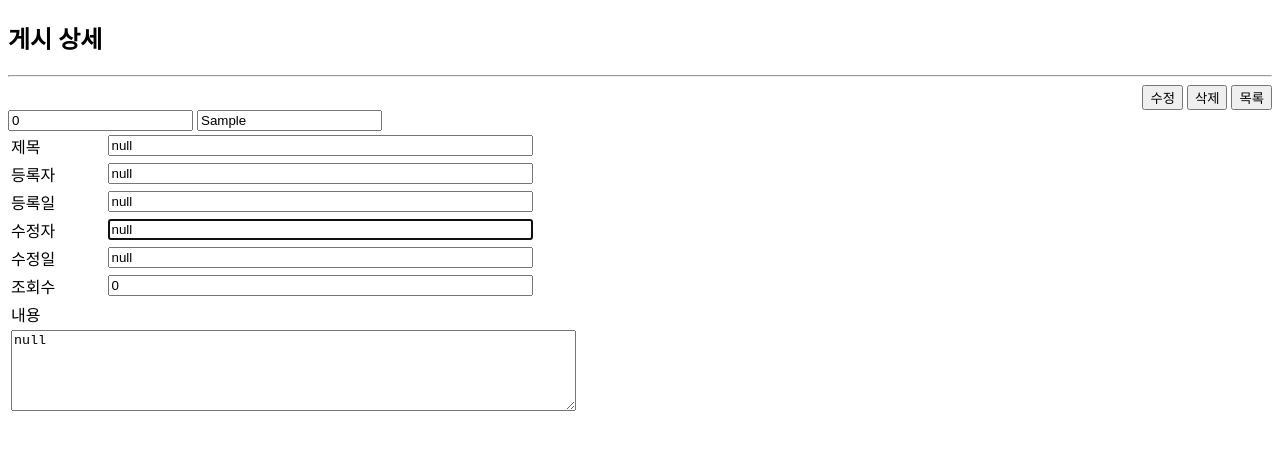
Repository: kimjoohye/study_WEB
Page: http://localhost/studyhtml5/board/board_mod.jsp
These files come from the project's save history. The page is drawn as it stood at one moment and after the next save; the edit follows.
The browser window is 1280 px wide. The pictures show the whole page.
Empty fields were first filled with sample values (such as "Sample", 5 or name@example.com).
After loading, the first visible `#doUpdate` was clicked once.
The page is served by Tomcat 9. Nobody is signed in. The application's start-up code is not run. Other server files are loaded and not shown.

Above is the page before, as saved 2022-05-19 02:19:55.

### workspace/studyhtml5/WebContent/board/board_mod.jsp
<%@page import="com.pcwk.board.BoardVO"%>
<%@ page language="java" contentType="text/html; charset=UTF-8"
    pageEncoding="UTF-8"%>
<%@ include file="/com/common.jsp" %>
<%
    BoardVO vo = (BoardVO) request.getAttribute("vo");
	if(null == vo) {
		vo = new BoardVO();
	}
%>
<!DOCTYPE html>
<html>
<head>
<meta name="viewport" content="width=device-width,initial-scale=1.0">
<meta charset="UTF-8">
<link rel="shortcut icon" type="image/x-icon" href="<%=contPath %>/favicon.ico">
<!--reset 스타일 시트 -->
<!-- link rel="stylesheet" type="text/css" href="<%=contPath %>/asset/css/reset.css" -->
<link rel="stylesheet"  type="text/css" href="<%=contPath %>/asset/css/jquery-ui.css">
<!--스타일 시트 -->
<style type="text/css">
</style>
<title>Insert title here</title>
<!-- jquery -->
<script type="text/javascript" src="<%=contPath %>/asset/js/jquery-1.12.4.js"></script>
<!-- jQuery UI -->
<script type="text/javascript" src="<%=contPath %>/asset/js/jquery-ui.js"></script>
<script type="text/javascript" src="<%=contPath %>/asset/js/common.js"></script>
</head>
<body>
	<h2>게시 상세</h2>
	<hr/>

	<div width="600" style="text-align: right;">
	 <input type="button" value="수정" id="doUpdate">
	 <input type="button" value="삭제" id="doDelete">
	 <input type="button" value="목록" id="moveToList">
	</div>
	<form action="<%=contPath %>/board/board.do" name="boardFrm" id="boardFrm">
		<input type="text" name="seq" id="seq" value="<%=vo.getSeq()%>">
		<input type="text" name="work_div" id="work_div">
	  <table width="600">
	      <tr>
	        <td width="100">제목</td>
	        <td width="500"><input type="text" name="title" id="title" maxlength="200" size="50" value="<%=vo.getTitle()%>"></td>
	        <td></td>
	      </tr>
	      <tr>
	        <td width="100">등록자</td>
	        <td width="500"><input value="<%=vo.getRegId()%>" type="text" name="reg_id" id="title" maxlength="50" size="50" readonly></td>
	      </tr>
	      <tr>
	        <td width="100">등록일</td>
	        <td width="500"><input value="<%=vo.getRegDt()%>" type="text" name="regDt" id="regDt" maxlength="50" size="50" readonly></td>
	      </tr>
	      <tr>
	        <td width="100">수정자</td>
	        <td width="500"><input value="<%=vo.getModId()%>" type="text" name="mod_id" id="mod_id" maxlength="50" size="50"></td>
	      </tr>
	      <tr>
	        <td width="100">수정일</td>
	        <td width="500"><input value="<%=vo.getModDt()%>" type="text" name="modDt" id="modDt" maxlength="50" size="50" readonly></td>
	      </tr>
	      <tr>
	        <td width="100">조회수</td>
	        <td width="500"><input value="<%=vo.getReadCnt()%>"type="text" name="readCnt" id="readCnt" maxlength="50" size="50" readonly></td>
	      </tr>
	      <tr>
	        <td colspan="2">내용</td>
	      </tr>
	      <tr>
	        <td colspan="2"><textarea rows="5" cols="68" name="contents" id="contents"><%=vo.getContents()%></textarea></td>
	      </tr>
	  </table>
	</form>

	<script type="text/javascript">
	$('#doUpdate').on('click', function(){
		console.log('#doUpdate');

		let title = $('#title').val();
		if(null === title || title.trim().length == 0) {
			// focus
			$('#title').focus();
			alert('제목을 입력하세요.');
			return;
		}
		title = title.trim();

		let modId = $('#mod_id').val();

		console.log('isEmpty(modId) : ' + isEmpty(modId));

		if(isEmpty(modId) || modId.trim().length == 0) {
			$('#mod_id').focus();
			alert('수정자 ID를 입력하세요');
			return;
		}
		modId = modId.trim();

		let contents = $('#contents').val();
		if(null === contents || contents.trim().length == 0) {
			$('#contents').focus();
			alert('내용을 입력하세요');
			return;
		}
		contents = contents.trim();

		if(false == confirm('수정하시겠습니까?')) return;

    $.ajax({
        type: "GET",
        url:"<%=contPath%>/board/board.do",
        asyn:"true",
        dataType:"html",
        data:{
          work_div:"doUpdate",
          seq : $('#seq').val(),
          title : title,
          modId : modId,
          contents : contents
        },
        success:function(data){//통신 성공
            console.log("success data:"+data);
          },
          error:function(data){//실패시 처리
            console.log("error:"+data);
          }
      });


	});

	 $('#moveToList').on('click', function(){
		 goList();
	 });

	 function goList(){
		 const listURL = "/studyhtml5/board/board.do?work_div=doRetrieve";
     window.location.href=listURL;
	 }

	 $('#doDelete').on('click', function(){
		 // console.log('#doDelete');
		 // ajax

		 let seq = $('#seq').val();
		 if(null === seq || seq.length === 0) {
			alert('seq를 확인하세요');
			return;
		 }

		 if(false == confirm("삭제하시겠습니까?")) return;

     $.ajax({
         type: "GET",
         url:"<%=contPath%>/board/board.do",
         asyn:"true",
         dataType:"html",
         data:{
           work_div:"doDelete",
           seq : seq
         },
         success:function(data){//통신 성공
             console.log("success data:"+data);
             // string -> json
             const jsonObj = JSON.parse(data);
             console.log('messageId : ' + jsonObj.messageId);
             console.log('msgContents : ' + jsonObj.msgContents);

             if(null != jsonObj && jsonObj.messageId == "1") {
            	 alert(jsonObj.msgContents);
            	 // Controller로 보내 데이터 조회
            	 // const listURL = "/studyhtml5/board/board.do?work_div=doRetrieve";
            	 // window.location.href=listURL;
            	 goList();
             }else {
            	 alert(jsonObj.msgContents);
             }
           },
           error:function(data){//실패시 처리
             console.log("error:"+data);

           }
       });

	 });
	</script>
</body>
</html>

### workspace/studyhtml5/WebContent/com/common.jsp
<%@page import="org.apache.log4j.Logger"%>
<%@ page language="java" contentType="text/html; charset=UTF-8"
    pageEncoding="UTF-8"%>

<%--
  -헤더 입력 : cache control

    웹 캐시(영어: web cache) 또는 HTTP 캐시(HTTP cache)는 서버 지연을 줄이기 위해 웹 페이지,
    이미지, 기타 유형의 웹 멀티미디어 등의 웹 문서들을 임시 저장하기 위한 정보기술이다.
    모든 jsp에 포함 가능 :  <jsp:include='' />
    <%@ include file='' %>
--%>

<%
   // Context Path
   String contPath = request.getContextPath();
   Logger LOG = Logger.getLogger(this.getClass());

   // Http 1.1에서 지원하는 헤더 : 웹브라우저가 응답결과를 캐시하지 않음
   response.setHeader("Cache-Control", "no-cache");

   // 웹 브라우저가 응답결과를 캐시하지 않음(앞/뒤로 가기 no-cache)
   response.setHeader("Cache-Control", "no-store");

   // Http 1.0에서 지원하는 헤더 : 웹브라우저가 응답결과를 캐시하지 않음
   response.setHeader("Pragma","no-cache");

   // Http 1.0에서 현재시간 이전으로 캐시하지 않음
   response.setHeader("Expires","1L");
   //out.println("웹브라우저가 응답결과를 캐시하지 않음");
%>

### workspace/studyhtml5/src/com/pcwk/cmn/DTO.java
package com.pcwk.cmn;

/**
 * 모든 domain의 Parent
 * @author ITSC
 *
 */
public class DTO {
	private int no;//순번

	public DTO() {}

	public DTO(int no) {
		super();
		this.no = no;
	}

	public int getNo() {
		return no;
	}

	public void setNo(int no) {
		this.no = no;
	}

	@Override
	public String toString() {
		return "DTO [no=" + no + "]";
	}


}

### workspace/studyhtml5/src/com/pcwk/board/BoardVO.java
package com.pcwk.board;

import com.pcwk.cmn.DTO;

public class BoardVO extends DTO {
	private int    seq	       ;//순번(PK)
	private String title	   ;//제목
	private String contents    ;//내용
	private int    readCnt     ;//조회수
	private String regDt	   ;//등록일
	private String regId	   ;//등록자
	private String modDt	   ;//수정일
	private String modId	   ;//수정자

	public BoardVO() {}

	public BoardVO(int seq, String title, String contents, int readCnt, String regDt, String regId, String modDt,
			String modId) {
		super();
		this.seq = seq;
		this.title = title;
		this.contents = contents;
		this.readCnt = readCnt;
		this.regDt = regDt;
		this.regId = regId;
		this.modDt = modDt;
		this.modId = modId;
	}

	public int getSeq() {
		return seq;
	}

	public void setSeq(int seq) {
		this.seq = seq;
	}

	public String getTitle() {
		return title;
	}

	public void setTitle(String title) {
		this.title = title;
	}

	public String getContents() {
		return contents;
	}

	public void setContents(String contents) {
		this.contents = contents;
	}

	public int getReadCnt() {
		return readCnt;
	}

	public void setReadCnt(int readCnt) {
		this.readCnt = readCnt;
	}

	public String getRegDt() {
		return regDt;
	}

	public void setRegDt(String regDt) {
		this.regDt = regDt;
	}

	public String getRegId() {
		return regId;
	}

	public void setRegId(String regId) {
		this.regId = regId;
	}

	public String getModDt() {
		return modDt;
	}

	public void setModDt(String modDt) {
		this.modDt = modDt;
	}

	public String getModId() {
		return modId;
	}

	public void setModId(String modId) {
		this.modId = modId;
	}

	@Override
	public String toString() {
		return "BoardVO [seq=" + seq + ", title=" + title + ", contents=" + contents + ", readCnt=" + readCnt
				+ ", regDt=" + regDt + ", regId=" + regId + ", modDt=" + modDt + ", modId=" + modId + ", toString()="
				+ super.toString() + "]";
	}



}

### workspace/studyhtml5/WebContent/asset/js/common.js
'use strict';

let isEmpty = function(value) {
  if(null == value || value == "" || "null" == value || value == undefined) {
    return true;
  }else {
    return false;
  }
}

Loaded but not shown: workspace/studyhtml5/WebContent/asset/css/jquery-ui.css (library); workspace/studyhtml5/WebContent/asset/js/jquery-1.12.4.js (library); workspace/studyhtml5/WebContent/asset/js/jquery-ui.js (library)

After the next save:
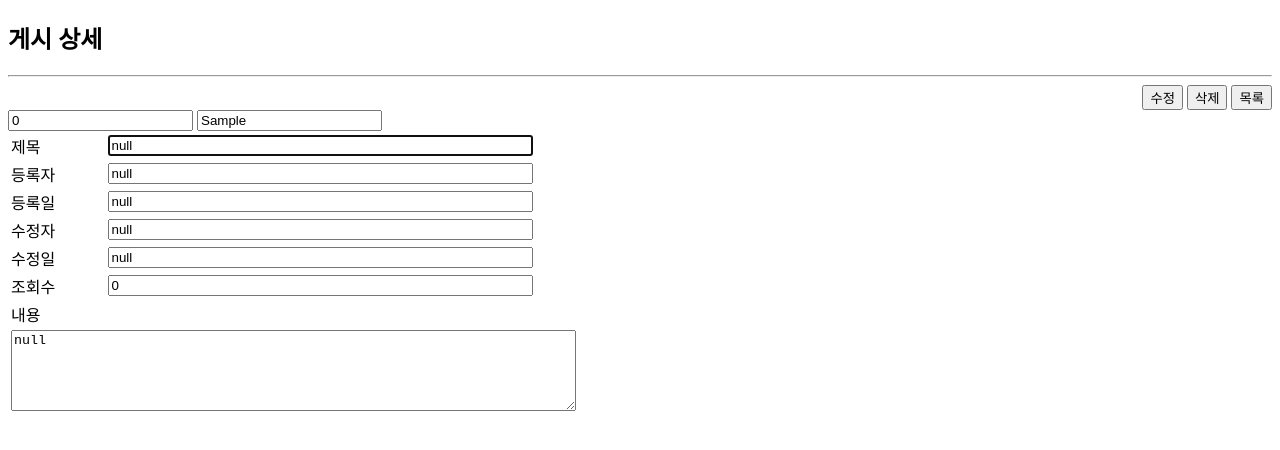
Saved 2 min 52 s later.
--- a/workspace/studyhtml5/WebContent/board/board_mod.jsp
+++ b/workspace/studyhtml5/WebContent/board/board_mod.jsp
@@ -79,7 +79,8 @@
 		console.log('#doUpdate');
 
 		let title = $('#title').val();
-		if(null === title || title.trim().length == 0) {
+		// if(null === title || title.trim().length == 0) {
+			if(isEmpty(title)) {
 			// focus
 			$('#title').focus();
 			alert('제목을 입력하세요.');
@@ -99,7 +100,7 @@
 		modId = modId.trim();
 
 		let contents = $('#contents').val();
-		if(null === contents || contents.trim().length == 0) {
+		if(isEmpty(contents) || contents.trim().length == 0) {
 			$('#contents').focus();
 			alert('내용을 입력하세요');
 			return;
